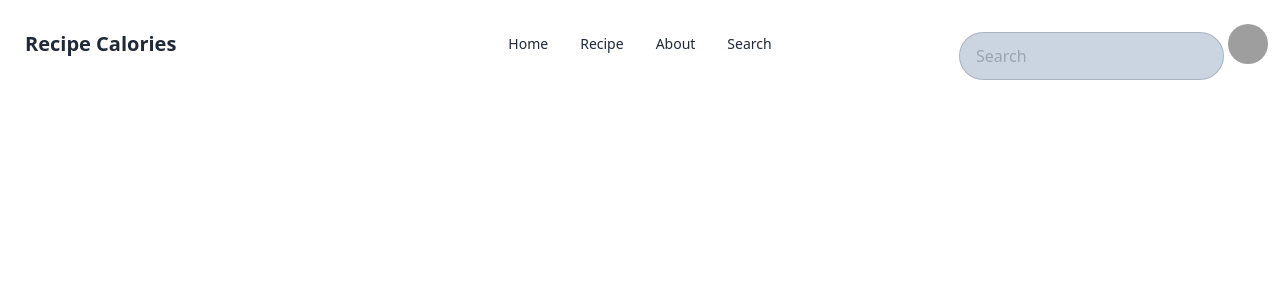
Repository: RudrasahaDibos/Chefs-table
Page: /
The author's editor kept a copy of each file at every save. The page is drawn from the files as they stood at one save, then again after the next save.
The browser window is 1280 px wide. The pictures show the whole page.
Pictures or frames that could not be fetched are drawn as grey boxes. The project was rebuilt for these pictures with package versions that can differ from the ones it lists, and the page was loaded fresh each time. Also part of the build but not shown: vite.config.js, src/App.css.

Above is the page before, as saved 2024-12-18 21:13:36.

### src/App.jsx

import './App.css'
import Header from './Component/Header/Header'
import Recipes from './Component/Recipes/Recipes'

function App() {


  return (
    <div className='container mx-auto'>
        <Header></Header>
        <Recipes></Recipes>

    </div>
  )
}

export default App

### src/Component/Header/Header.jsx
import { FaBeer } from "react-icons/fa";
const Header = () => {
    return (
        <div className="max-w-7xl mx-auto">
              <div className="navbar bg-base-100">
  <div className="navbar-start">
    <div className="dropdown">
      <div tabIndex="0" role="button" className="btn btn-ghost lg:hidden">
        <svg
          xmlns="http://www.w3.org/2000/svg"
          className="h-5 w-5"
          fill="none"
          viewBox="0 0 24 24"
          stroke="currentColor">
          <path
            strokeLinecap="round"
            strokeLinejoin="round"
            strokeWidth="2"
            d="M4 6h16M4 12h8m-8 6h16" />
        </svg>
      </div>
      <ul
        tabIndex="0"
        className="menu menu-sm dropdown-content bg-base-100 rounded-box z-[1] mt-3 w-52 p-2 shadow">
        <li><a>Home</a></li>
      <li><a>Recipe</a></li>
      <li><a>About</a></li>
      <li><a>Search</a></li>
      </ul>
    </div>
    <a className="btn btn-ghost text-xl font-bold">Recipe Calories</a>
  </div>
  <div className="navbar-center hidden lg:flex">
    <ul className="menu menu-horizontal px-1">
      <li><a>Home</a></li>
      <li><a>Recipe</a></li>
      <li><a>About</a></li>
      <li><a>Search</a></li>
    </ul>
  </div>
  <div className="navbar-end ">
  <div className="form-control ">
    <input type="search" name="" id="" />
      <input type="text" placeholder="Search"  className="input bg-slate-300 text-black rounded-full input-bordered w-24 md:w-auto"   />

    </div>
    <div tabIndex="0" role="button" className="btn btn-ghost btn-circle avatar">
        <div className="w-10 rounded-full">
          <img
            alt="Tailwind CSS Navbar component"
            src="https://img.daisyui.com/images/stock/photo-1534528741775-53994a69daeb.webp" />
        </div>
      </div>
  </div>
</div>
        </div>
    );
};

export default Header;

### src/Component/Recipes/Recipes.jsx
import React from 'react';

const Recipes = () => {
    return (
        <div>

        </div>
    );
};

export default Recipes;

Loaded but not shown: index.html (common file); src/main.jsx (common file); src/index.css (common file); tailwind.config.js (common file)

After the next save:
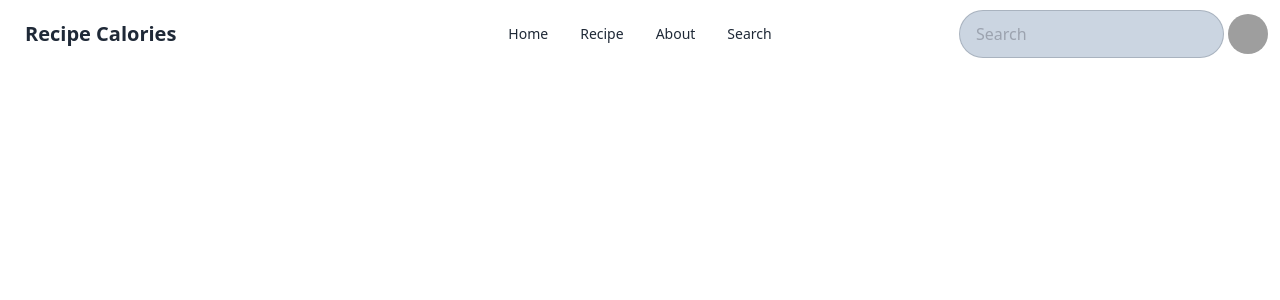
Saved 4 s later.
--- a/src/Component/Header/Header.jsx
+++ b/src/Component/Header/Header.jsx
@@ -40,7 +40,6 @@ const Header = () => {
   </div>
   <div className="navbar-end ">
   <div className="form-control ">
-    <input type="search" name="" id="" />
       <input type="text" placeholder="Search"  className="input bg-slate-300 text-black rounded-full input-bordered w-24 md:w-auto"   />
 
     </div>
